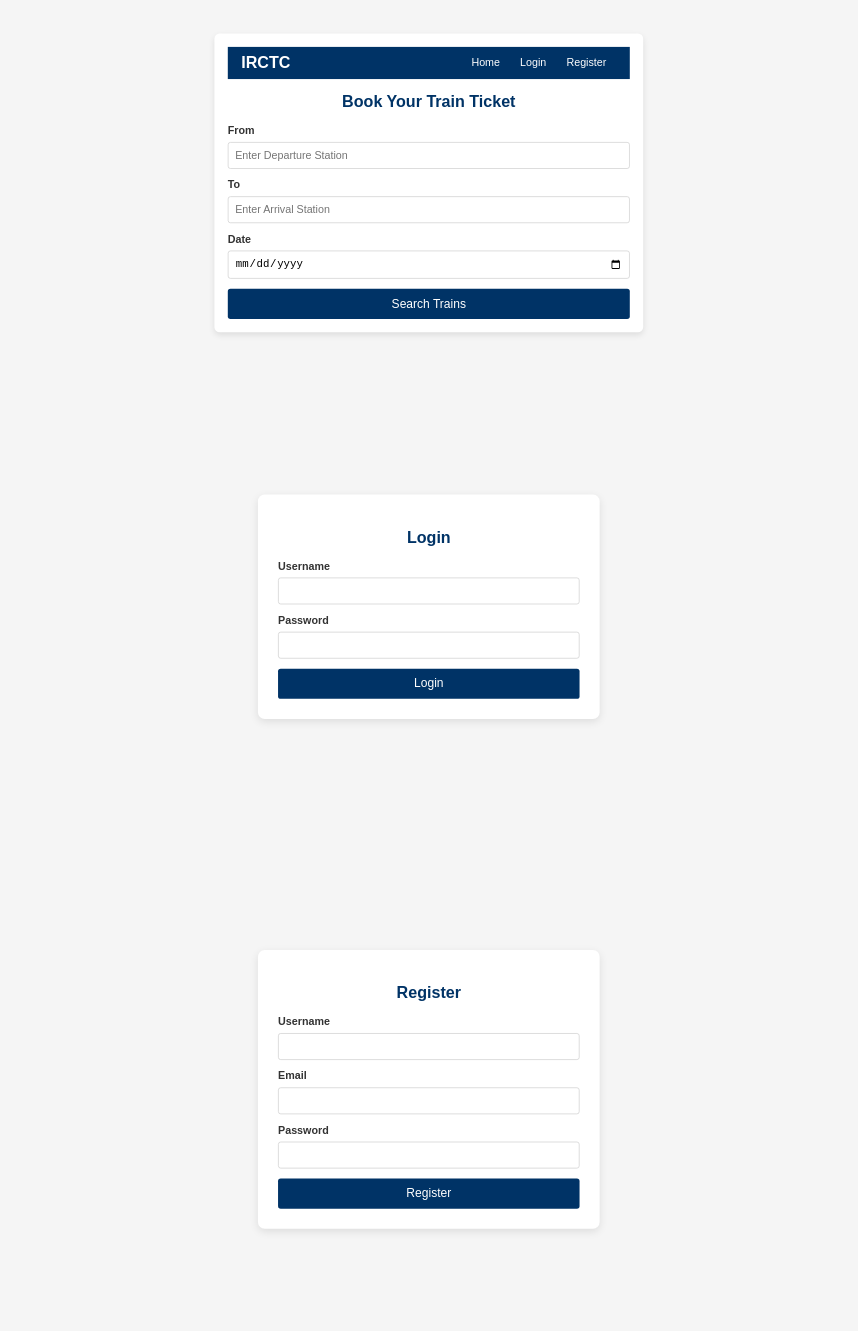
Repository: ssaddamhuss100/IRCTC-Clone
Page: /
An editor plug-in stored every save of this project. The page is shown before and after the next save, followed by the edit.
The browser window is 1280 px wide. The pictures show the whole page, at 67% of full size.
The project was rebuilt for these pictures with package versions that can differ from the ones it lists, and the page was loaded fresh each time. Also part of the build but not shown: vite.config.js, src/components/Header/Header.css, src/components/Header/Header.jsx.

Above is the page before, as saved 2025-01-19 11:54:07.

After the next save:
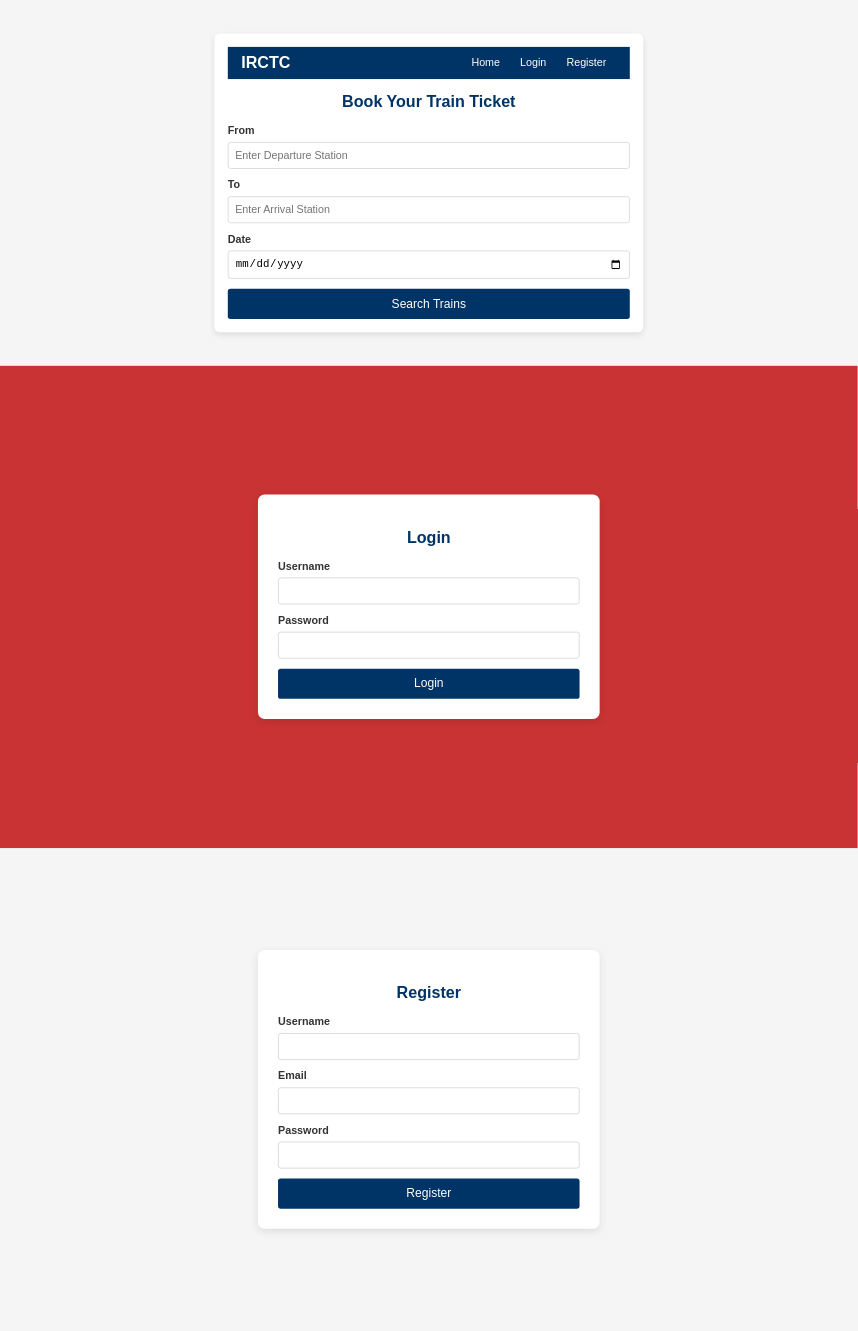
Saved 85 s later.
--- a/src/pages/Login/Login.css
+++ b/src/pages/Login/Login.css
@@ -4,7 +4,7 @@
   justify-content: center; /* Center horizontally */
   align-items: center; /* Center vertically */
   min-height: 100vh; /* Full viewport height */
-  background-color: #f5f5f5; /* Light gray background */
+  background-color: #c93333; /* Light gray background */
 }
 
 /* Form box layout similar to IRCTC */
